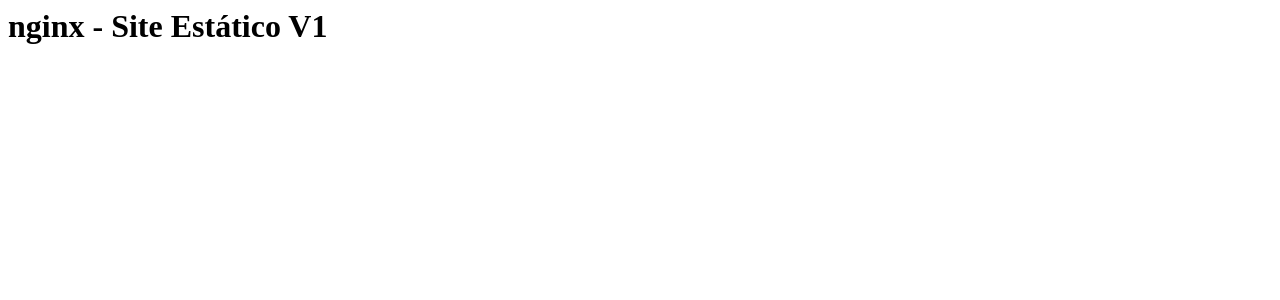
Repository: nirvanabrz/web-docker
Page: index.html
The author's editor kept a copy of each file at every save. The page is drawn from the files as they stood at one save, then again after the next save.
The browser window is 1280 px wide. The pictures show the whole page.

Above is the page before, as saved 2021-07-25 16:33:55.

### index.html
<html>
  <head>
    <meta http-equiv="Content-Type" content="text/html; charset=utf-8" />
    <meta charset="utf-8" />
    <title>nginx - Site Estático V1</title>
  </head>
  <body>
    <h1>nginx - Site Estático V1</h1>
  </body>
</html>

After the next save:
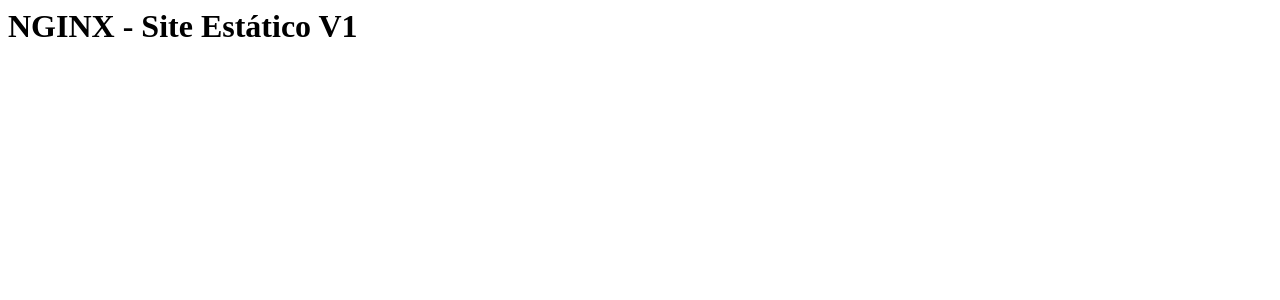
Saved 10 s later.
--- a/index.html
+++ b/index.html
@@ -2,9 +2,9 @@
   <head>
     <meta http-equiv="Content-Type" content="text/html; charset=utf-8" />
     <meta charset="utf-8" />
-    <title>nginx - Site Estático V1</title>
+    <title>NGINX - Site Estático V1</title>
   </head>
   <body>
-    <h1>nginx - Site Estático V1</h1>
+    <h1>NGINX - Site Estático V1</h1>
   </body>
 </html>
